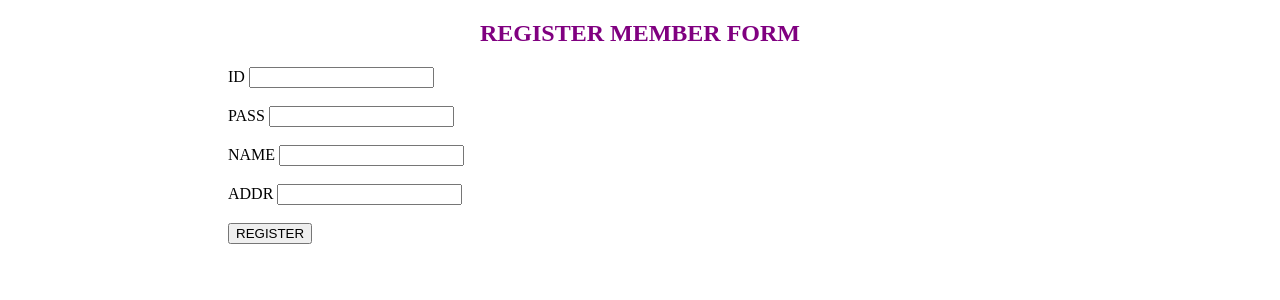
Repository: Niftrone/Kosa_Webs
Page: http://localhost/web16_CafeMember/register.jsp
An editor plug-in stored every save of this project. The page is shown before and after the next save, followed by the edit.
The browser window is 1280 px wide. The pictures show the whole page.
The page is served by Tomcat 9. Other server files are loaded and not shown.

Above is the page before, as saved 2025-07-07 06:48:58.

### web16_CafeMember/src/main/webapp/register.jsp
<%@ page language="java" contentType="text/html; charset=UTF-8"
    pageEncoding="UTF-8"%>
<!DOCTYPE html>
<html>
<head>
<meta charset="UTF-8">
<title>Insert title here</title>
<style type="text/css">
	h2{
		text-align: center;
		color: purple;
	}
	#wrap{
		margin-left: 220px;
	}
</style>
</head>
<body>
<h2>REGISTER MEMBER FORM</h2>
<div id="wrap">
	<form action="register.do" method="post">

		ID <input type="text" name="id" required="required"><br><br>
		PASS <input type="password" name="password" required="required"><br><br>
		NAME <input type="text" name="name"><br><br>
		ADDR <input type="text" name="address"><br><br>
		<input type="submit" value="REGISTER">
	</form>
</div>
</body>
</html>

After the next save:
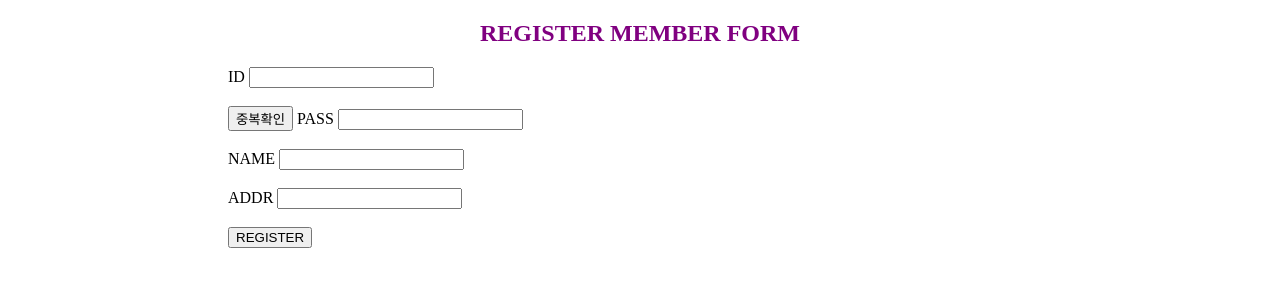
Saved 25 min 4 s later.
--- a/web16_CafeMember/src/main/webapp/register.jsp
+++ b/web16_CafeMember/src/main/webapp/register.jsp
@@ -21,6 +21,7 @@
 	<form action="register.do" method="post">
 
 		ID <input type="text" name="id" required="required"><br><br>
+		<input type="button" value="중복확인" id="idCheck"/>
 		PASS <input type="password" name="password" required="required"><br><br>
 		NAME <input type="text" name="name"><br><br>
 		ADDR <input type="text" name="address"><br><br>
